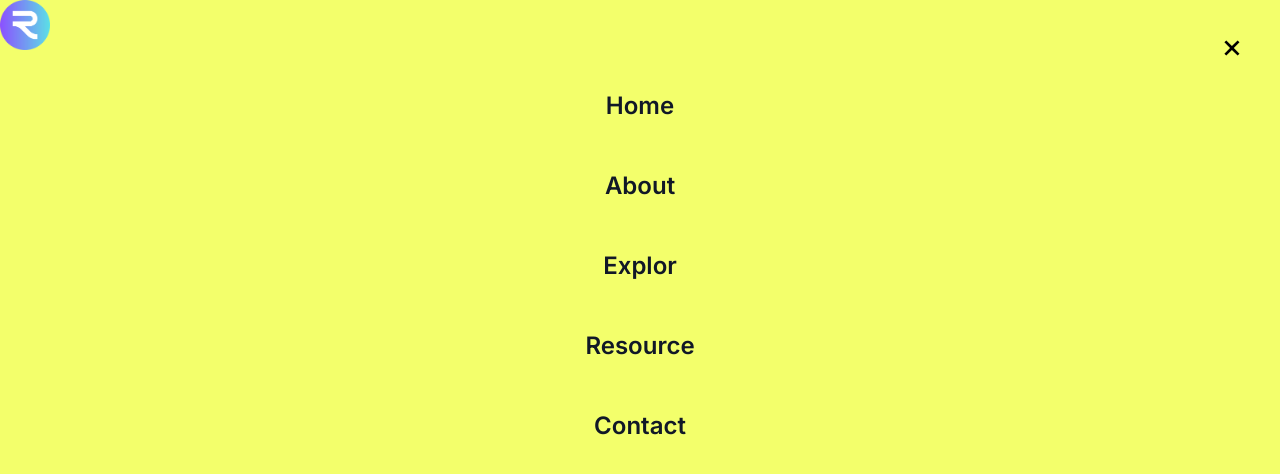
Repository: longblue2910/rimdasilva-ui
Page: /
The author's editor kept a copy of each file at every save. The page is drawn from the files as they stood at one save, then again after the next save.
The browser window is 1280 px wide. The pictures show the whole page.
The project was rebuilt for these pictures with package versions that can differ from the ones it lists, and the page was loaded fresh each time. The framework's server and built-in components were replaced by stand-ins that run in the browser. Also part of the build but not shown: next.config.mjs.

Above is the page before, as saved 2024-08-09 16:02:06.

After the next save:
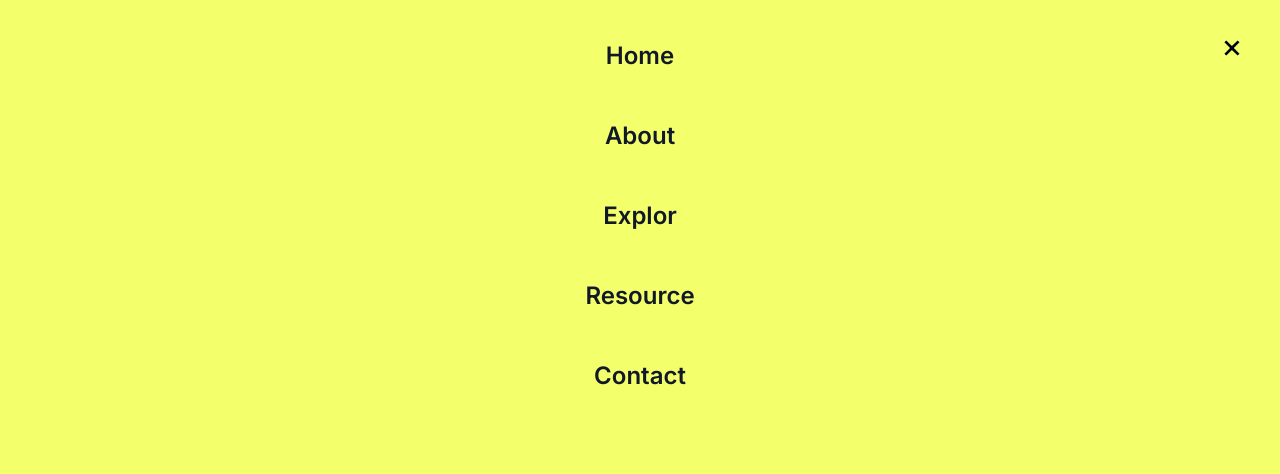
Saved 37 s later.
--- a/components/Home/Navbar/MobileNav.tsx
+++ b/components/Home/Navbar/MobileNav.tsx
@@ -9,13 +9,6 @@ const MobileNav = () => {
     <div className="transform transition-all duration-500 fixed top-0 left-0 z-[200] h-[100vh] right-0 bottom-0 bg-[#f3ff6b]">
       {/* Logo */}
       <div>
-        <Image
-          src="/images/logo.png"
-          alt="Logo"
-          width={50}
-          objectFit="cover"
-          height={50}
-        />
         <BiX className="w-8 h-8 absolute top-[2rem] text-black z-[202] right-[2rem]" />
       </div>
       {/* Nav Links */}
